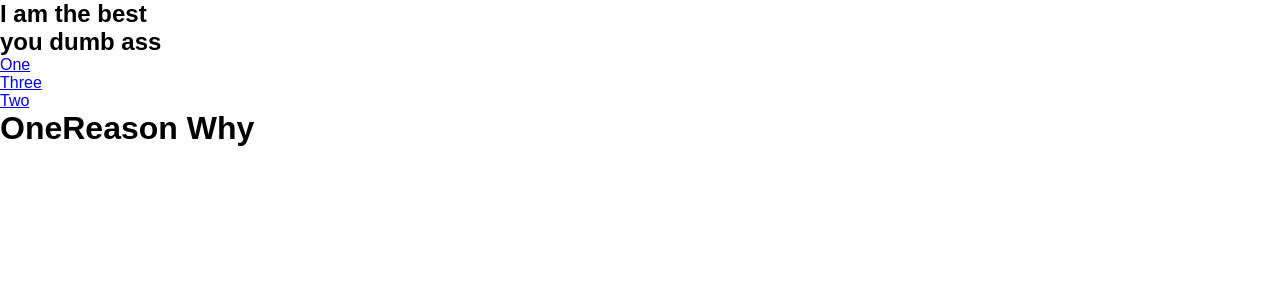
Repository: Imprasna/scrollmagic
Page: index.html
The author's editor kept a copy of each file at every save. The page is drawn from the files as they stood at one save, then again after the next save.
The browser window is 1280 px wide. The pictures show the whole page.
Some web fonts or font styles are not loaded; a fallback is used. Some web libraries are served in a nearby version.

Above is the page before, as saved 2021-10-26 00:47:04.

### index.html
<!DOCTYPE html>
<html lang="en">
<head>
    <meta charset="UTF-8">
    <meta http-equiv="X-UA-Compatible" content="IE=edge">
    <meta name="viewport" content="width=device-width, initial-scale=1.0">
    <link rel="stylesheet" href="style.css">
    <script src="https://cdnjs.cloudflare.com/ajax/libs/gsap/3.8.0/gsap.min.js" integrity="sha512-eP6ippJojIKXKO8EPLtsUMS+/sAGHGo1UN/38swqZa1ypfcD4I0V/ac5G3VzaHfDaklFmQLEs51lhkkVaqg60Q==" crossorigin="anonymous" referrerpolicy="no-referrer"></script>
    <script src="https://cdnjs.cloudflare.com/ajax/libs/gsap/3.8.0/ScrollTrigger.min.js" integrity="sha512-CPA5LMoJI/a5HkSIAKcBtFXe4gqGjPUL2ExF/3PmhrrHI17wod9xOqqF+0WZQRKIIq0KwF8oG5BaiWobtrke3A==" crossorigin="anonymous" referrerpolicy="no-referrer"></script>
    <title>Gsap Animation</title>
</head>
<body>
    <div class="section">
        <nav>
            <h1 class="sliding-text">I am the best <br>you dumb ass</br></h1>
            <ul>
                <li><a href="#">One</a></li>
                <li><a href="#">Three</a></li>
                <li><a href="#">Two</a></li>
            </ul>
        </nav>
        <h1 class="logo">OneReason Why</h1>
    </div>
</body>
</html>

### style.css
@import url('https://fonts.googleapis.com/css2?family=Zen+Kurenaido&display=swap');


* {
    margin: 0;
    padding: 0;
    box-sizing: border-box;
}

html, body {
    font-family: 'Zen Kurenaido', sans-serif;
}

After the next save:
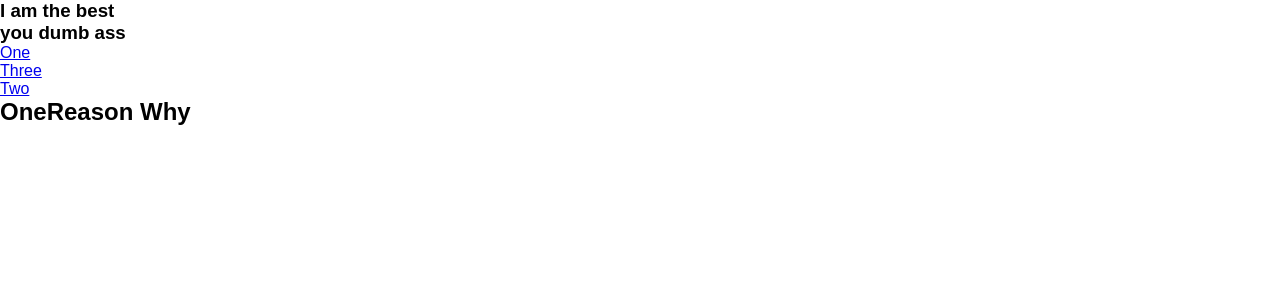
Saved 28 s later.
--- a/index.html
+++ b/index.html
@@ -10,7 +10,7 @@
     <title>Gsap Animation</title>
 </head>
 <body>
-    <div class="section">
+    <section class="section">
         <nav>
             <h1 class="sliding-text">I am the best <br>you dumb ass</br></h1>
             <ul>
@@ -20,6 +20,6 @@
             </ul>
         </nav>
         <h1 class="logo">OneReason Why</h1>
-    </div>
+    </section>
 </body>
 </html>
